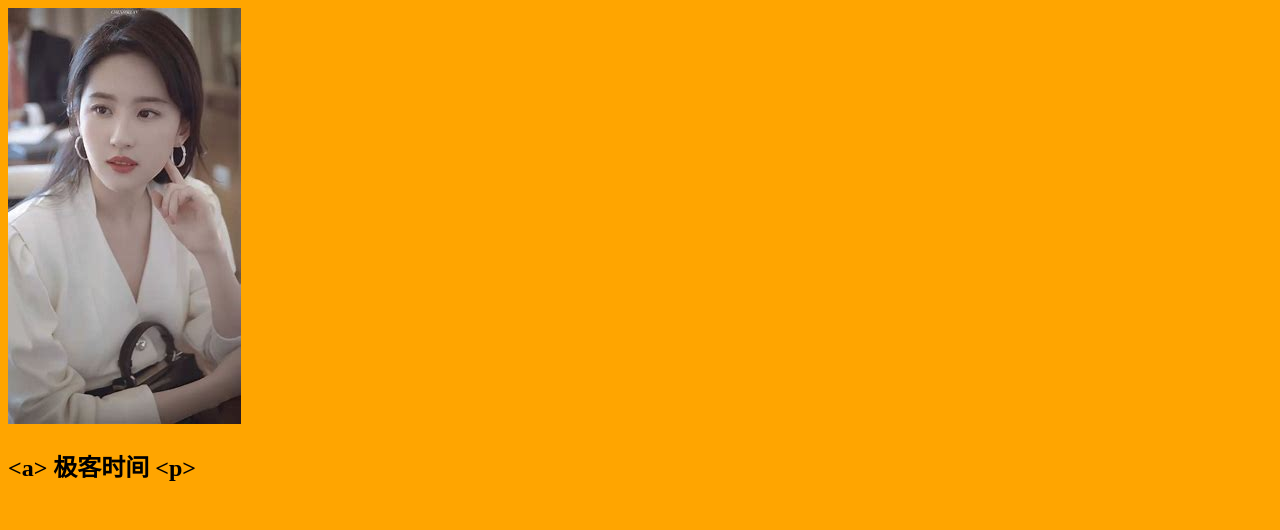
Repository: cswuhan/network_traning_works
Page: 第一周作业/index.html
The author's editor kept a copy of each file at every save. The page is drawn from the files as they stood at one save, then again after the next save.
The browser window is 1280 px wide. The pictures show the whole page.

Above is the page before, as saved 2023-12-12 08:50:50.

After the next save:
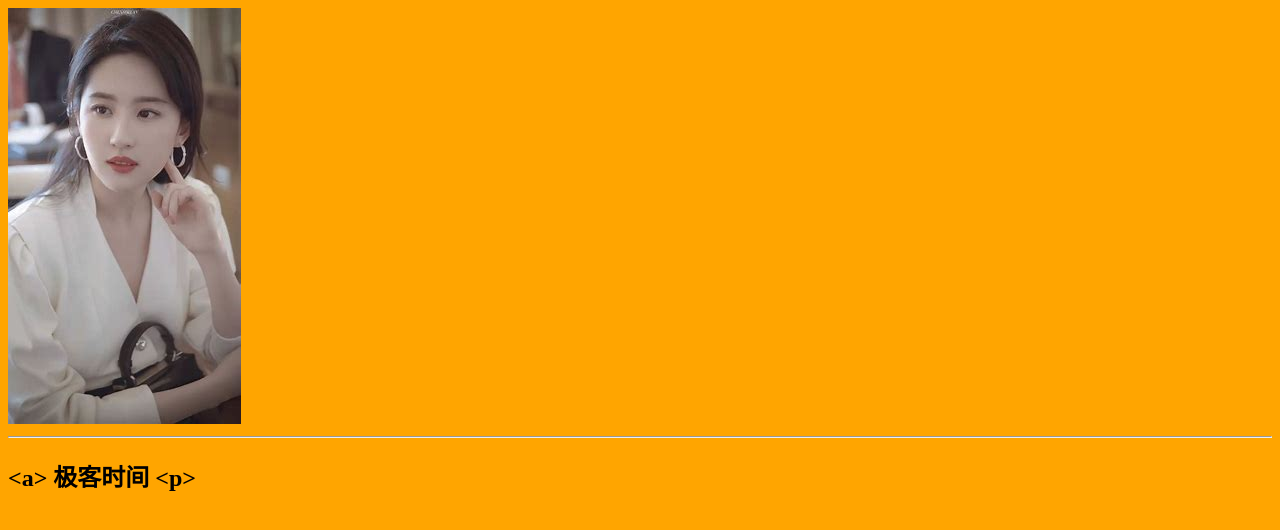
Saved 99 s later.
--- a/第一周作业/index.html
+++ b/第一周作业/index.html
@@ -14,7 +14,7 @@
         <img src="001.jpg" alt="小娇妻" title="极客时间"/>
     </a>
 
-    <br/>
+    <hr/>
     <h2>&lt;a&gt; 极客时间 &lt;p&gt;</h2><br/>
 </body>
 </html>
